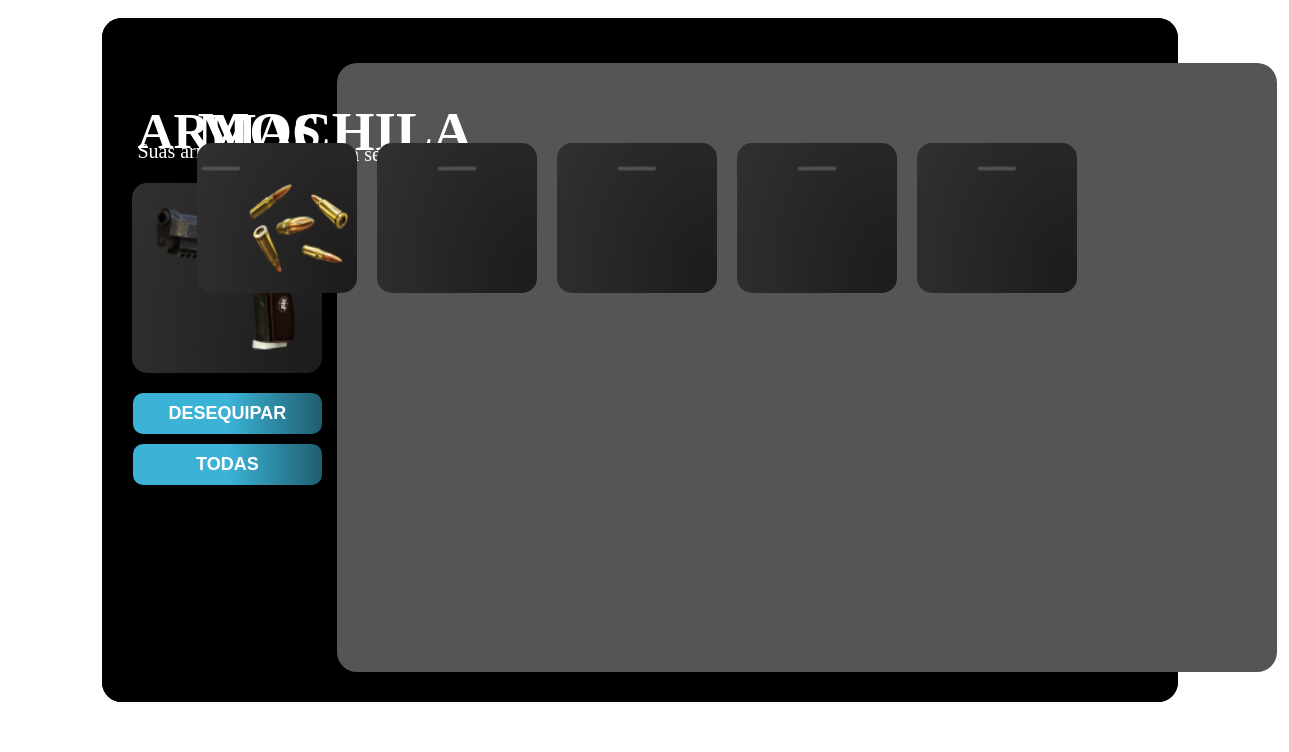
Repository: DuMCorrea/Mochila
Page: index.html
These files come from the project's save history. The page is drawn as it stood at one moment and after the next save; the edit follows.
The browser window is 1280 px wide. The page is 1289 px wide, then 1280 px, so the pictures cover 1289 px, including what lies to the right of the window. The pictures show the whole page.
Some web fonts or font styles are not loaded; a fallback is used.

Above is the page before, as saved 2024-09-02 22:48:39.

### index.html
<!DOCTYPE html>
<html lang="pt-BR">
<head>
    <meta charset="UTF-8">
    <meta name="viewport" content="width=device-width, initial-scale=1.0">
    <link href="https://fonts.googleapis.com/css2?family=Baloo+Bhai+2&display=swap" rel="stylesheet">
    <title>Modelo de Tela</title>
    <link rel="stylesheet" href="styles.css">
</head>
<body>
    <div class="container">
        <div class="background-rectangle">
            <div class="left-div">
                <div class="content-left">
                    <h1>ARMAS</h1>
                    <p>Suas armas equipadas!</p>
                    <div class="image-container">
                        <img src="assets/ARMA.png" alt="Imagem" />
                    </div>
                    <button class="desequipar-btn">DESEQUIPAR</button>
                    <button class="todas">TODAS</button>
                </div>
            </div>
            <div class="right-div">
                <div class="content-right">
                    <h1>MOCHILA</h1>
                    <p>Organize e distribua seus itens por aqui!</p>
                    <div class="squares-container">
                        <div class="square">
                            <img src="assets/traco.png" alt="Imagem" class="square-image">
                            <img src="assets/balas.png" alt="Imagem" class="shots-image">
                        </div>
                        <div class="square">
                            <img src="assets/traco.png" alt="Imagem" class="square-image">
                        </div>
                        <div class="square">
                            <img src="assets/traco.png" alt="Imagem" class="square-image">
                        </div>
                        <div class="square">
                            <img src="assets/traco.png" alt="Imagem" class="square-image">
                        </div>
                        <div class="square">
                            <img src="assets/traco.png" alt="Imagem" class="square-image">
                        </div>
                    </div>

                </div>
            </div>
        </div>
    </div>
</body>
</html>

### styles.css
body, html {
    margin: 0;
    padding: 0;
    width: 100%;
    height: 100%;
    display: flex;
    justify-content: center;
    align-items: center;
    background-color: white; /* Fundo preto para o body */
    font-family: 'Baloo Bhai 2', cursive; /* Aplicando a fonte Baloo Bhai */
}

.container {
    width: 84%; /* Largura da div principal */
    height: 95%; /* Altura da div principal */
    display: flex;
    justify-content: center;
    align-items: center;
    background-color: #000000; /* Fundo preto para a div principal */
    border-radius: 20px; /* Canto arredondado */
    font-family: 'Baloo Bhai 2', cursive; /* Aplicando a fonte Baloo Bhai */
}

.background-rectangle {
    width: 100%;
    height: 100%;
    background: #000000; /* Fundo preto para o retângulo principal */
    border-radius: 20px; /* Cantos arredondados */
    display: flex;
}

.left-div {
    width: 22%; /* 25% da largura da tela */
    height: 100%;
    background-color: #000000; /* Fundo preto para a div esquerda */
    display: flex;
    justify-content: center;
    align-items: center;
    border-radius: 20px 0 0 20px; /* Canto arredondado à esquerda */
    font-family: 'Baloo Bhai 2', cursive; /* Aplicando a fonte Baloo Bhai */
}

.right-div {
    width: calc(110% - 20px); /* 73% da largura da tela menos a margem */
    height: calc(92% - 20px); /* 95% da altura menos a margem */
    background-color: #555555; /* Fundo cinza para a div direita */
    display: flex;
    justify-content: center;
    align-items: center;
    margin: 45px; /* Margem em torno da div da direita */
    border-radius: 20px; /* Cantos arredondados */
    font-family: 'Baloo Bhai 2', cursive; /* Aplicando a fonte Baloo Bhai */
}


/* DIV DA ESQUERDA */

.content-left {
    text-align: justify; /* Justifica o texto */
    display: flex;
    flex-direction: column;
    justify-content: flex-start; /* Alinha os elementos ao topo da div */
    align-items: center; /* Centraliza horizontalmente */
    height: 100%; /* Ocupa toda a altura da div esquerda */
    padding-top: 100px; /* Adiciona um espaçamento do topo */
}

.left-div h1 {
    color: white; /* Cor branca para o título */
    font-size: 50px; /* Tamanho da fonte do título */
    margin-bottom: -20px; /* Espaçamento negativo para aproximar o parágrafo */
    font-weight: 900;
    width: 100%; /* Para garantir que a justificação funcione */
    text-align: justify; /* Justifica o texto do título */
    position: relative;
    left: 35px;
}

.left-div p {
    color: white; /* Cor branca para a frase */
    font-size: 20px; /* Tamanho da fonte da frase */
    margin-top: 0; /* Remove a margem superior do parágrafo */
    width: 100%; /* Para garantir que a justificação funcione */
    text-align: justify; /* Justifica o texto da frase */
    font-weight: 100;
    position: relative;
    left: 35px;
}

.image-container {
    width: 190px; /* Largura do quadrado */
    height: 190px; /* Altura do quadrado */
    background: radial-gradient(547.21% 823.76% at 94.51% 88.04%, #1D1C1C 0%, #837E7E 100%); /* Fundo com gradiente */
    border-radius: 15px; /* Borda arredondada */
    display: flex;
    justify-content: center;
    align-items: center;
    margin-top: 0px; /* Espaçamento acima da imagem */
    position: relative;
    left: 30px;
}

.image-container img {
    width: 85%; /* Ajusta o tamanho da imagem para caber no container */
    height: 85%; /* Ajusta o tamanho da imagem para caber no container */
    border-radius: 15px; /* Borda arredondada da imagem para combinar com o container */
}

.desequipar-btn {
    margin-top: 20px; /* Espaçamento acima do botão */
    padding: 10px 20px; /* Espaçamento interno do botão */
    background: linear-gradient(90deg, #3CB3D6 49.9%, #1F5E70 100%); /* Fundo com gradiente */
    color: white; /* Cor do texto */
    font-size: 18px; /* Tamanho da fonte */
    font-weight: bold; /* Negrito no texto */
    border: none; /* Remove a borda padrão do botão */
    border-radius: 10px; /* Bordas arredondadas */
    cursor: pointer; /* Cursor de ponteiro ao passar o mouse */
    text-align: center; /* Centraliza o texto no botão */
    width: 189px; /* Largura do botão */
    position: relative;
    left: 30px;
}

.todas {
    margin-top: 10px; /* Espaçamento acima do botão */
    padding: 10px 20px; /* Espaçamento interno do botão */
    background: linear-gradient(90deg, #3CB3D6 49.9%, #1F5E70 100%); /* Fundo com gradiente */
    color: white; /* Cor do texto */
    font-size: 18px; /* Tamanho da fonte */
    font-weight: bold; /* Negrito no texto */
    border: none; /* Remove a borda padrão do botão */
    border-radius: 10px; /* Bordas arredondadas */
    cursor: pointer; /* Cursor de ponteiro ao passar o mouse */
    text-align: center; /* Centraliza o texto no botão */
    width: 189px; /* Largura do botão */
    position: relative;
    left: 30px;
}


/* DIV DA DIREITA */


.content-right {
    display: flex;
    flex-direction: column;
    justify-content: flex-start; /* Alinha os elementos ao topo da div */
    align-items: flex-start; /* Alinha os elementos à esquerda */
    height: 100%; /* Ocupa toda a altura da div direita */
    padding: 20px; /* Adiciona um espaçamento interno */
}

.right-div h1 {
    color: white; /* Cor branca para o título */
    font-size: 55px; /* Tamanho da fonte do título */
    margin-bottom: -20px; /* Espaçamento negativo para aproximar o parágrafo */
    font-weight: 900;
    width: 100%; /* Para garantir que a justificação funcione */
    text-align: left; /* Alinha o texto à esquerda */
    position: relative; /* Posicionamento relativo para o elemento abaixo */
    right: 160px;
}

.right-div p {
    color: white; /* Cor branca para a frase */
    font-size: 20px; /* Tamanho da fonte da frase */
    margin-top: 0; /* Remove a margem superior do parágrafo */
    width: 100%; /* Para garantir que a justificação funcione */
    text-align: left; /* Alinha o texto à esquerda */
    font-weight: 100;
    position: relative; /* Posicionamento relativo para o elemento abaixo */
    right: 160px;
}

.squares-container {
    display: flex; /* Exibe os quadrados em linha */
    justify-content: center; /* Centraliza os quadrados horizontalmente */
    align-items: center; /* Centraliza os quadrados verticalmente */
    margin-top: 50px; /* Espaçamento acima dos quadrados */
    width: 100%; /* Largura total para o contêiner */
    height: 50%; /* Altura do contêiner */
    position: relative;
    right: 170px;
    bottom: 170px;
}

.square {
    width: 160px; /* Largura dos quadrados */
    height: 150px; /* Altura dos quadrados */
    background: radial-gradient(547.21% 823.76% at 94.51% 88.04%, #1D1C1C 0%, #837E7E 100%); /* Gradiente de fundo */
    border-radius: 15px; /* Bordas arredondadas */
    margin: 0 10px; /* Espaçamento entre os quadrados */
    display: flex;
    justify-content: center; /* Centraliza horizontalmente o conteúdo */
    align-items: center; /* Centraliza verticalmente o conteúdo */
}

.square-image {
    width: 40px; /* Tamanho da imagem dentro dos quadrados */
    height: 5px;
    position: relative;
    bottom: 50px;

}

.shots-image {
    width: 70%; /* Tamanho da imagem dentro dos quadrados */
    height: 60%;
    position: relative;
    top: 10px;
}

After the next save:
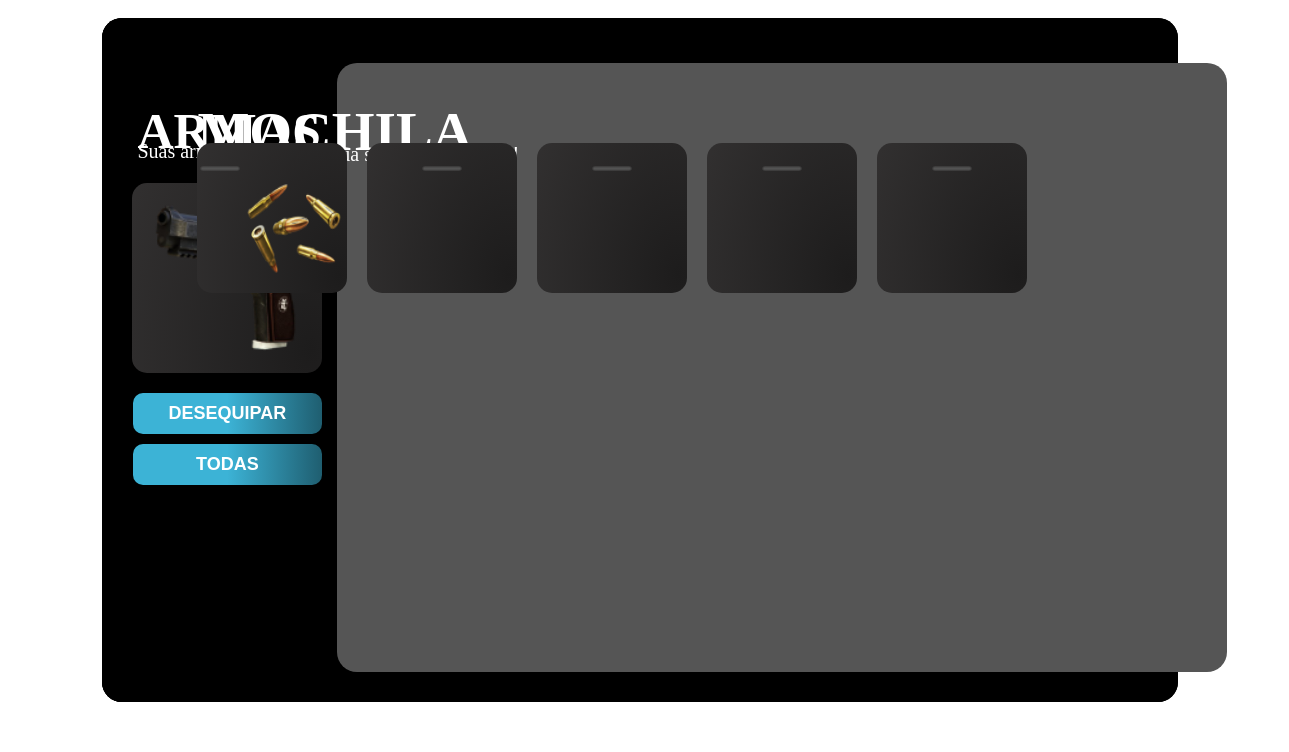
Saved 20 s later.
--- a/styles.css
+++ b/styles.css
@@ -186,7 +186,7 @@ body, html {
 }
 
 .square {
-    width: 160px; /* Largura dos quadrados */
+    width: 150px; /* Largura dos quadrados */
     height: 150px; /* Altura dos quadrados */
     background: radial-gradient(547.21% 823.76% at 94.51% 88.04%, #1D1C1C 0%, #837E7E 100%); /* Gradiente de fundo */
     border-radius: 15px; /* Bordas arredondadas */
